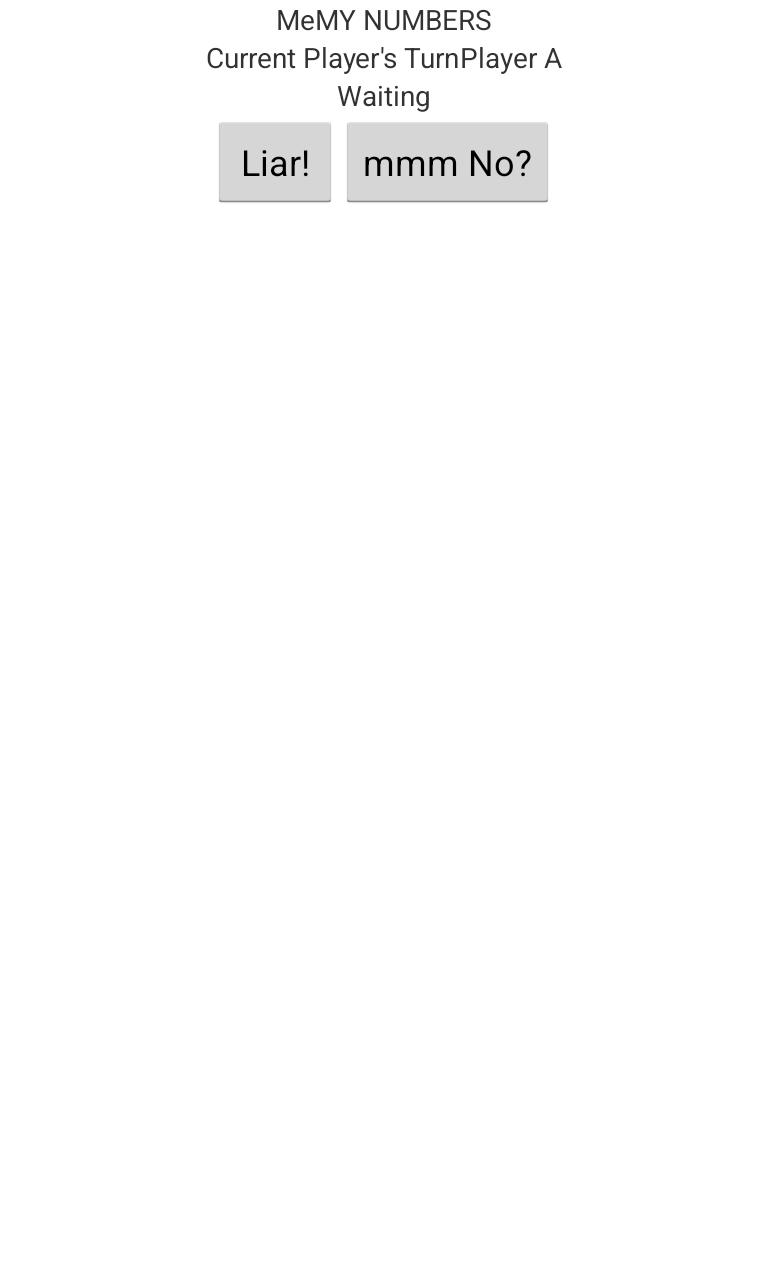
Repository: RayyLim/LiarPoker
Layout: LiarPoker/res/layout/gameroom_main.xml
An editor plug-in stored every save of this project. The layout is shown before and after the next save, followed by the edit.
It is drawn on a 768 x 1280 px phone screen (xhdpi) without system bars, with theme AppTheme; the app's code is not run.

Above is the layout before, as saved 2012-07-22 04:30:33.

### LiarPoker/res/layout/gameroom_main.xml
<?xml version="1.0" encoding="utf-8"?>
<LinearLayout xmlns:android="http://schemas.android.com/apk/res/android"
	android:layout_width="match_parent" android:layout_height="match_parent"
	android:orientation="vertical">

	<LinearLayout android:layout_width="wrap_content"
		android:layout_height="wrap_content"
		android:layout_gravity="center_horizontal">
		<TextView android:id="@+id/meLabel" android:layout_width="wrap_content"
			android:layout_height="wrap_content" android:text="Me" />

		<TextView android:id="@+id/mynumbersLabel"
			android:layout_width="wrap_content" android:layout_height="wrap_content"
			android:text="MY NUMBERS" />
	</LinearLayout>

	<LinearLayout android:layout_width="wrap_content"
		android:layout_height="wrap_content"
		android:layout_gravity="center_horizontal">
				<TextView
			android:layout_width="wrap_content" android:layout_height="wrap_content"
			android:text="Current Player's Turn" />
		<TextView android:id="@+id/currentPlayerLabel"
			android:layout_width="wrap_content" android:layout_height="wrap_content"
			android:text="Player A" />



	</LinearLayout>
			<TextView android:id="@+id/currentPlayerSubmissionLabel"
			android:layout_width="wrap_content" android:layout_height="wrap_content"
			android:text="Waiting"
			        android:layout_gravity="center_horizontal"/>



			<LinearLayout
			    android:layout_width="wrap_content"
			    android:layout_height="wrap_content"
			            android:layout_gravity="center_horizontal">
					<Button
			    android:id="@+id/liarButton"
			    android:layout_width="wrap_content"
			    android:layout_height="wrap_content"
			    android:text="Liar!"
			    />
								<Button
			    android:id="@+id/notLiarButton"
			    android:layout_width="wrap_content"
			    android:layout_height="wrap_content"
			    android:text="mmm No?" />
			</LinearLayout>

</LinearLayout>

Loaded but not shown: LiarPoker/res/values-v11/styles.xml (common file); LiarPoker/res/values-v14/styles.xml (common file); LiarPoker/res/values/styles.xml (common file)

After the next save:
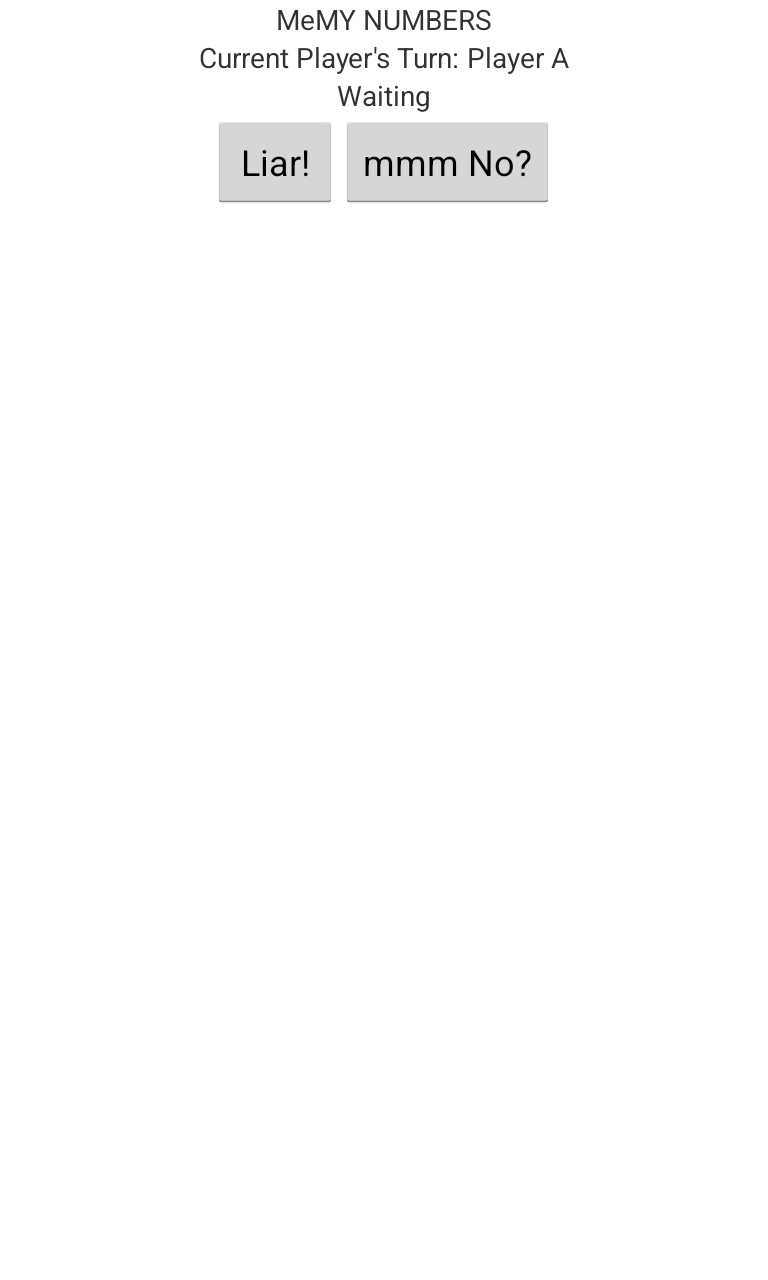
Saved 3 min 4 s later.
--- a/LiarPoker/res/layout/gameroom_main.xml
+++ b/LiarPoker/res/layout/gameroom_main.xml
@@ -19,7 +19,7 @@
 		android:layout_gravity="center_horizontal">
 				<TextView
 			android:layout_width="wrap_content" android:layout_height="wrap_content"
-			android:text="Current Player's Turn" />
+			android:text="Current Player's Turn: " />
 		<TextView android:id="@+id/currentPlayerLabel"
 			android:layout_width="wrap_content" android:layout_height="wrap_content"
 			android:text="Player A" />
